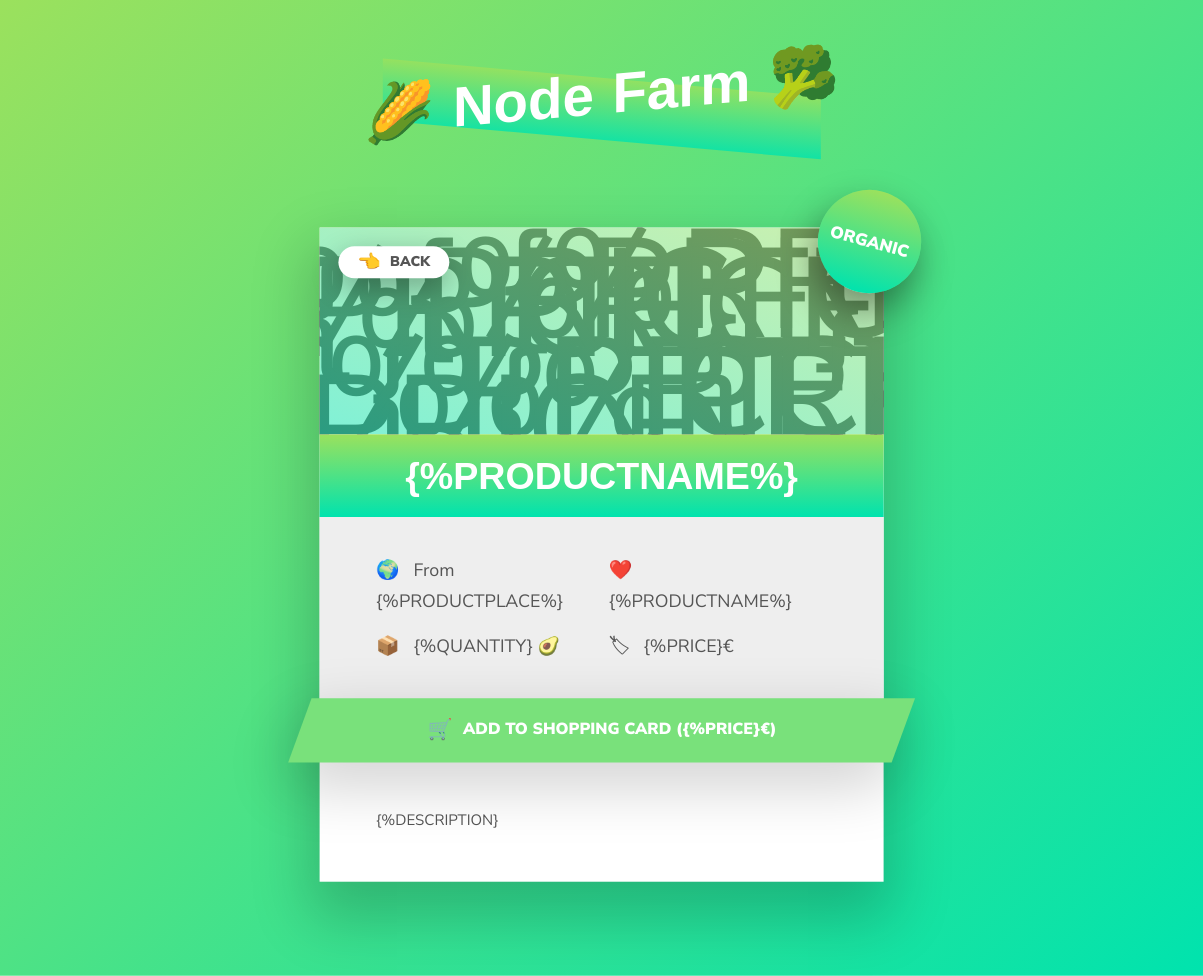
Repository: 13-Joban/Node_Farm_Backend
Page: templates/product.html
The author's editor kept a copy of each file at every save. The page is drawn from the files as they stood at one save, then again after the next save.
The browser window is 1280 px wide. The pictures show the whole page, at 94% of full size.
Some web fonts or font styles are not loaded; a fallback is used.

Above is the page before, as saved 2022-07-16 17:31:32.

### templates/product.html
<!DOCTYPE html>
<html lang="en">
  <head>
    <meta charset="UTF-8" />
    <meta name="viewport" content="width=device-width, initial-scale=1.0" />
    <meta http-equiv="X-UA-Compatible" content="ie=edge" />

    <link
      href="https://fonts.googleapis.com/css?family=Megrim|Nunito+Sans:400,900"
      rel="stylesheet"
    />
    <link
      rel="icon"
      href="https://emojipedia-us.s3.dualstack.us-west-1.amazonaws.com/thumbs/240/apple/155/ear-of-maize_1f33d.png"
    />

    <title>Fresh Avocados 🥑 /// NODE FARM</title>

    <style>
      *,
      *::before,
      *::after {
        margin: 0;
        padding: 0;
        box-sizing: inherit;
      }

      html {
        font-size: 62.5%;
        box-sizing: border-box;
      }

      body {
        padding: 5rem 5rem 10rem;
        line-height: 1.7;
        font-family: 'Nunito Sans', sans-serif;
        color: #555;
        min-height: 100vh;
        background: linear-gradient(to bottom right, #9be15d, #00e3ae);
      }

      h1 {
        font-family: 'Megrim', sans-serif;
        font-size: 6rem;
        color: white;
        transform: skewY(-5deg);
        text-align: center;
        position: relative;
        word-spacing: 3px;
      }

      h1::before {
        content: '';
        display: block;
        height: 65%;
        width: 49%;
        position: absolute;
        top: 105%;
        left: 50%;
        background: linear-gradient(to bottom, #9be15d, #00e3ae);
        opacity: 0.8;
        z-index: -1;
        transform: skewY(370deg) translate(-50%, -50%);
      }

      .container {
        width: 95rem;
        margin: 0 auto;
      }

      .product {
        width: 60rem;
        margin: 0 auto;
        margin-top: 9rem;
        background: white;
        box-shadow: 0 3rem 6rem 1rem rgba(0, 0, 0, 0.2);
        position: relative;
      }

      .product__hero {
        position: relative;
        height: 22rem;
        overflow: hidden;
      }

      .product__hero::before {
        content: '';
        display: block;
        height: 100%;
        width: 100%;
        position: absolute;
        top: 0;
        left: 0;
        background-image: linear-gradient(to left bottom, #9be15d, #00e3ae);
        opacity: 0.5;
        z-index: 100;
      }

      .product__emoji {
        font-size: 15rem;
        position: absolute;
      }

      .product__emoji--1 {
        top: -4rem;
        left: -2rem;
        z-index: 10;
      }

      .product__emoji--2 {
        top: -6rem;
        left: 9rem;
      }

      .product__emoji--3 {
        top: -4rem;
        right: 15rem;
      }

      .product__emoji--4 {
        top: -5rem;
        right: 2rem;
        z-index: 10;
      }

      .product__emoji--5 {
        bottom: -9rem;
        left: 18rem;
      }

      .product__emoji--6 {
        bottom: -8rem;
        left: 5rem;
      }

      .product__emoji--7 {
        bottom: -12rem;
        right: 14rem;
      }

      .product__emoji--8 {
        bottom: -8rem;
        right: -2rem;
      }

      .product__emoji--9 {
        top: -7rem;
        left: 19rem;
      }

      .product__organic {
        position: absolute;
        top: -4rem;
        right: -4rem;
        z-index: 1000;
        height: 11rem;
        width: 11rem;
        background-image: linear-gradient(to bottom, #9be15d, #00e3ae);
        border-radius: 50%;
        transform: rotate(15deg);
        box-shadow: 0 2rem 4rem rgba(0, 0, 0, 0.4);
        display: flex;
        align-items: center;
        justify-content: center;
      }

      .product__organic h5 {
        font-weight: 900;
        text-transform: uppercase;
        font-size: 1.8rem;
        color: white;
      }

      .product__back:link,
      .product__back:visited {
        position: absolute;
        top: 2rem;
        left: 2rem;
        font-size: 1.5rem;
        font-weight: 700;
        text-transform: uppercase;
        text-decoration: none;
        z-index: 1000;
        color: #555;
        background-color: white;
        box-shadow: 0 1rem 3rem rgba(0, 0, 0, 0.3);
        border-radius: 100rem;
        padding: 0 2rem;
        transition: all 0.3s;
        display: flex;
        align-items: center;
      }

      .product__back:hover,
      .product__back:active {
        background-color: #79e17b;
      }

      .product__name {
        background: linear-gradient(to bottom, #9be15d, #00e3ae);
        padding: 1rem;
        font-family: 'Megrim', sans-serif;
        font-size: 4rem;
        color: white;
        text-align: center;
        word-spacing: 2px;
      }

      .product__details {
        background-color: #eee;
        padding: 4rem 6rem;
        font-size: 1.9rem;
        display: grid;
        grid-template-columns: 1fr 1fr;
        grid-gap: 1.5rem;
      }

      .product__description {
        padding: 5rem 6rem;
        font-size: 1.6rem;
        line-height: 1.8;
      }

      .product__link:link,
      .product__link:visited {
        display: block;
        background-color: #79e17b;
        color: white;
        font-size: 1.6rem;
        font-weight: 700;
        text-transform: uppercase;
        text-decoration: none;
        padding: 1.5rem;
        text-align: center;
        transform: scale(1.07) skewX(-20deg);
        box-shadow: 0 2rem 6rem rgba(0, 0, 0, 0.2);
        display: flex;
        align-items: center;
        justify-content: center;
        transition: all 0.3s;
      }

      .product__link:hover,
      .product__link:active {
        background-color: #9be15d;
        transform: scale(1.1) skewX(-20deg);
      }

      .product__link span {
        transform: skewX(20deg);
      }

      .emoji-left {
        font-size: 2rem;
        margin-right: 1rem;
      }

      .emoji-right {
        font-size: 2rem;
        margin-left: 1rem;
      }

      .not-organic {
        display: none;
      }
    </style>
  </head>

  <body>
    <div class="container">
      <h1>🌽 Node Farm 🥦</h1>

      <figure class="product">
        <div class="product__organic"><h5>Organic</h5></div>
        <a href="#" class="product__back">
          <span class="emoji-left">👈</span>Back
        </a>
        <div class="product__hero">
          <span class="product__emoji product__emoji--1">{%PRICE}</span>
          <span class="product__emoji product__emoji--2">{%PRICE}</span>
          <span class="product__emoji product__emoji--3">{%PRICE}</span>
          <span class="product__emoji product__emoji--4">{%PRICE}</span>
          <span class="product__emoji product__emoji--5">{%PRICE}</span>
          <span class="product__emoji product__emoji--6">{%PRICE}</span>
          <span class="product__emoji product__emoji--7">{%PRICE}</span>
          <span class="product__emoji product__emoji--8">{%PRICE}</span>
          <span class="product__emoji product__emoji--9">{%PRICE}</span>
        </div>
        <h2 class="product__name">{%PRODUCTNAME%}</h2>
        <div class="product__details">
          <p><span class="emoji-left">🌍</span> From {%PRODUCTPLACE%}</p>
          <p><span class="emoji-left">❤️</span> {%PRODUCTNAME%}</p>
          <p><span class="emoji-left">📦</span> {%QUANTITY} 🥑</p>
          <p><span class="emoji-left">🏷</span> {%PRICE}€</p>
        </div>

        <a href="#" class="product__link">
          <span class="emoji-left">🛒</span>
          <span>Add to shopping card ({%PRICE}€)</span>
        </a>

        <p class="product__description">
          {%DESCRIPTION}
        </p>
      </figure>

    </div>
  </body>
</html>

After the next save:
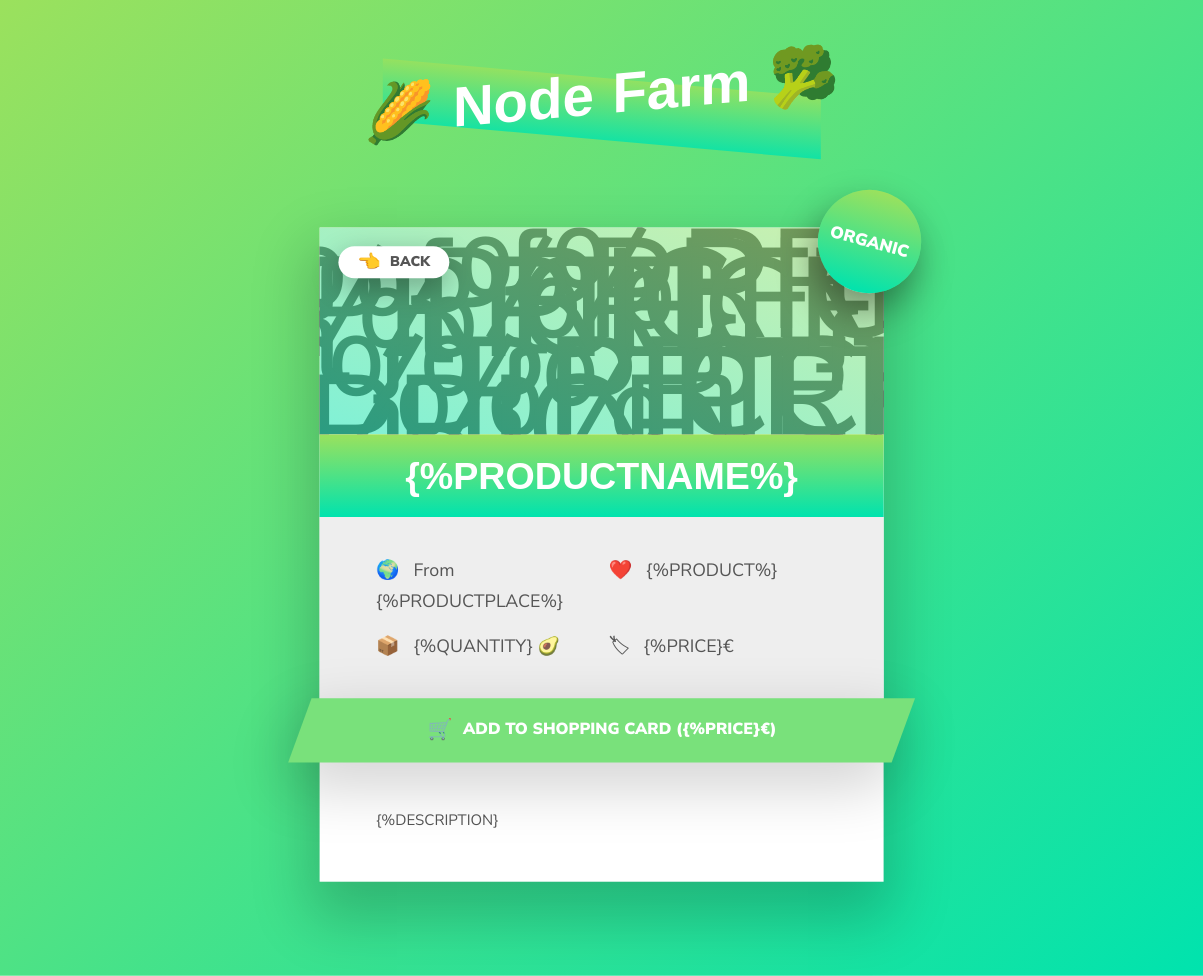
Saved 5 s later.
--- a/templates/product.html
+++ b/templates/product.html
@@ -289,7 +289,7 @@
         <h2 class="product__name">{%PRODUCTNAME%}</h2>
         <div class="product__details">
           <p><span class="emoji-left">🌍</span> From {%PRODUCTPLACE%}</p>
-          <p><span class="emoji-left">❤️</span> {%PRODUCTNAME%}</p>
+          <p><span class="emoji-left">❤️</span> {%PRODUCT%}</p>
           <p><span class="emoji-left">📦</span> {%QUANTITY} 🥑</p>
           <p><span class="emoji-left">🏷</span> {%PRICE}€</p>
         </div>
